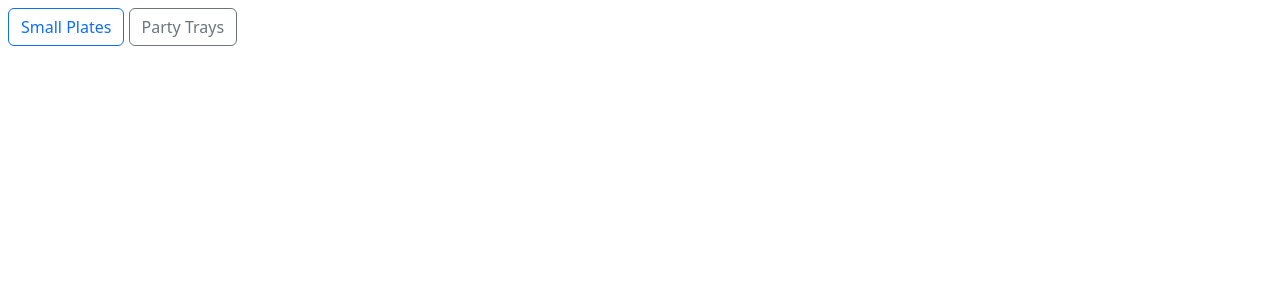
Repository: dukedward/smokehousemenu
Page: index.html
An editor plug-in stored every save of this project. The page is shown before and after the next save, followed by the edit.
The browser window is 1280 px wide. The pictures show the whole page.

Above is the page before, as saved 2023-02-28 19:20:40.

### index.html
<!DOCTYPE html>
<html lang="en">
<head>
    <meta charset="UTF-8">
    <meta http-equiv="X-UA-Compatible" content="IE=edge">
    <meta name="viewport" content="width=device-width, initial-scale=1.0">
    <link href="https://cdn.jsdelivr.net/npm/bootstrap@5.3.0-alpha1/dist/css/bootstrap.min.css" rel="stylesheet" integrity="sha384-GLhlTQ8iRABdZLl6O3oVMWSktQOp6b7In1Zl3/Jr59b6EGGoI1aFkw7cmDA6j6gD" crossorigin="anonymous">
    <title>4 The Fork of It</title>
</head>
<body>
    <div class="container d-inline-flex p-2">
        <div class="buttons">
            <button:button class="btn btn-outline-primary">Small Plates</button:button>
            <button:button class="btn btn-outline-secondary">Party Trays</button:button>
        </div>
    </div>
    <script src="https://cdn.jsdelivr.net/npm/bootstrap@5.3.0-alpha1/dist/js/bootstrap.bundle.min.js" integrity="sha384-w76AqPfDkMBDXo30jS1Sgez6pr3x5MlQ1ZAGC+nuZB+EYdgRZgiwxhTBTkF7CXvN" crossorigin="anonymous"></script>
</body>
</html>

After the next save:
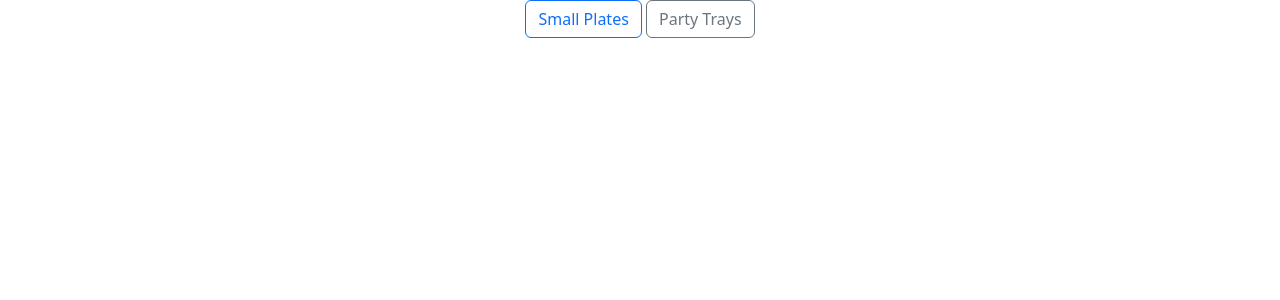
Saved 2 min 3 s later.
--- a/index.html
+++ b/index.html
@@ -8,7 +8,7 @@
     <title>4 The Fork of It</title>
 </head>
 <body>
-    <div class="container d-inline-flex p-2">
+    <div class="container h-100 d-flex align-items-center justify-content-center">
         <div class="buttons">
             <button:button class="btn btn-outline-primary">Small Plates</button:button>
             <button:button class="btn btn-outline-secondary">Party Trays</button:button>
